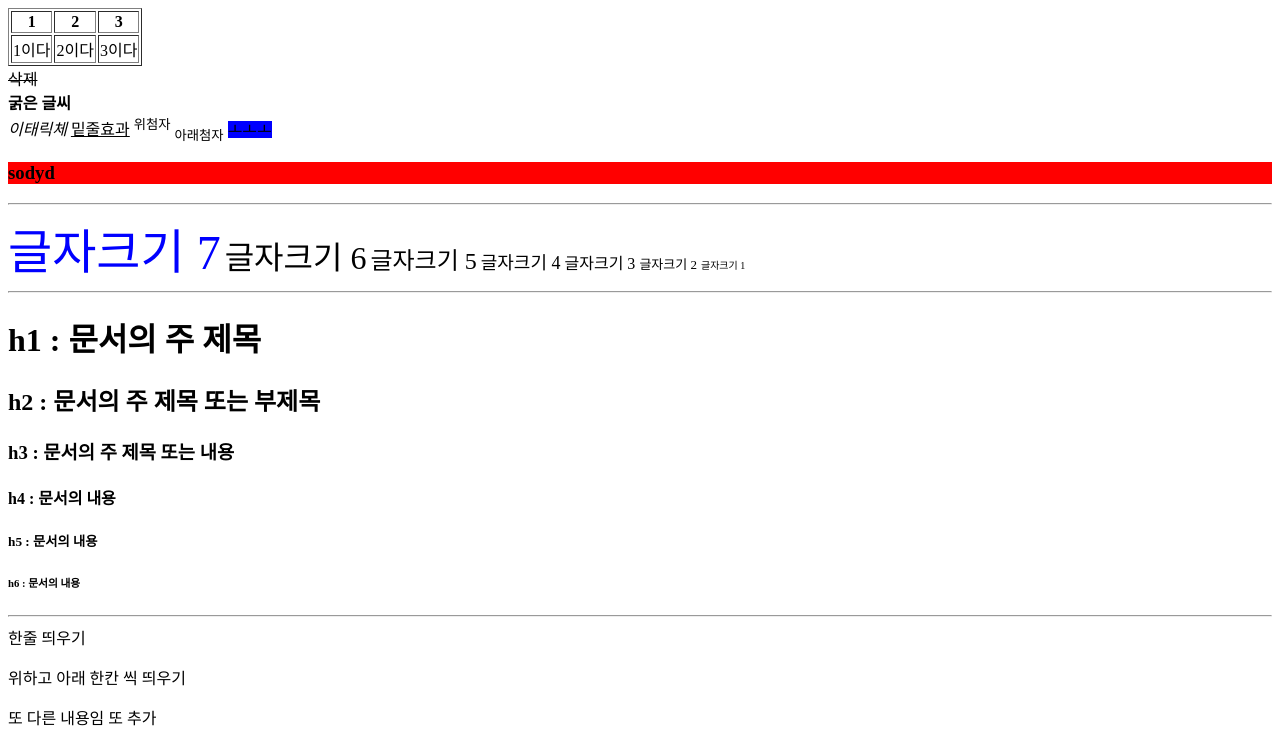
Repository: sika5382/jsp
Page: html/WebContent/NewFile.html
The author's editor kept a copy of each file at every save. The page is drawn from the files as they stood at one save, then again after the next save.
The browser window is 1280 px wide. The pictures show the whole page.

Above is the page before, as saved 2020-10-29 05:46:20.

After the next save:
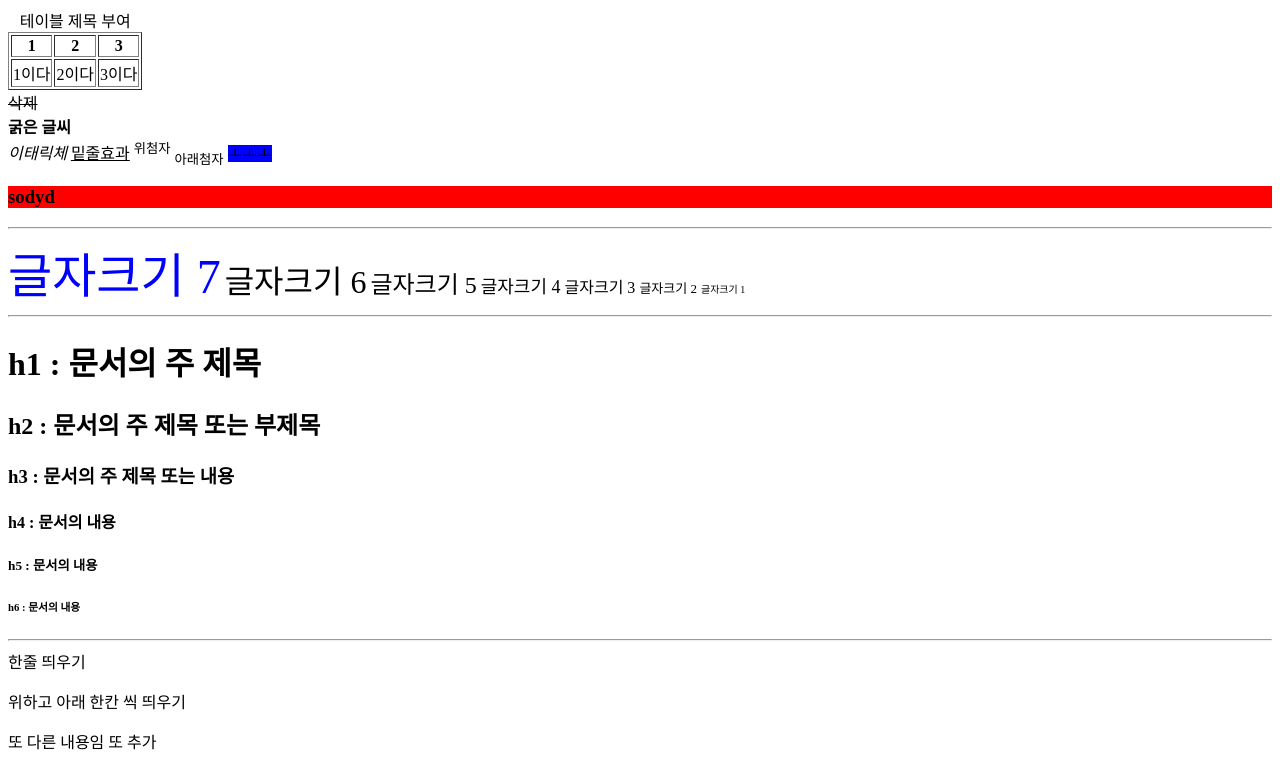
Saved 115 s later.
--- a/html/WebContent/NewFile.html
+++ b/html/WebContent/NewFile.html
@@ -10,6 +10,8 @@
 <body>
 
 <table border="1">
+
+	<caption>테이블 제목 부여</caption>
 	<tr>
 		<th>1</th>
 		<th>2</th>
